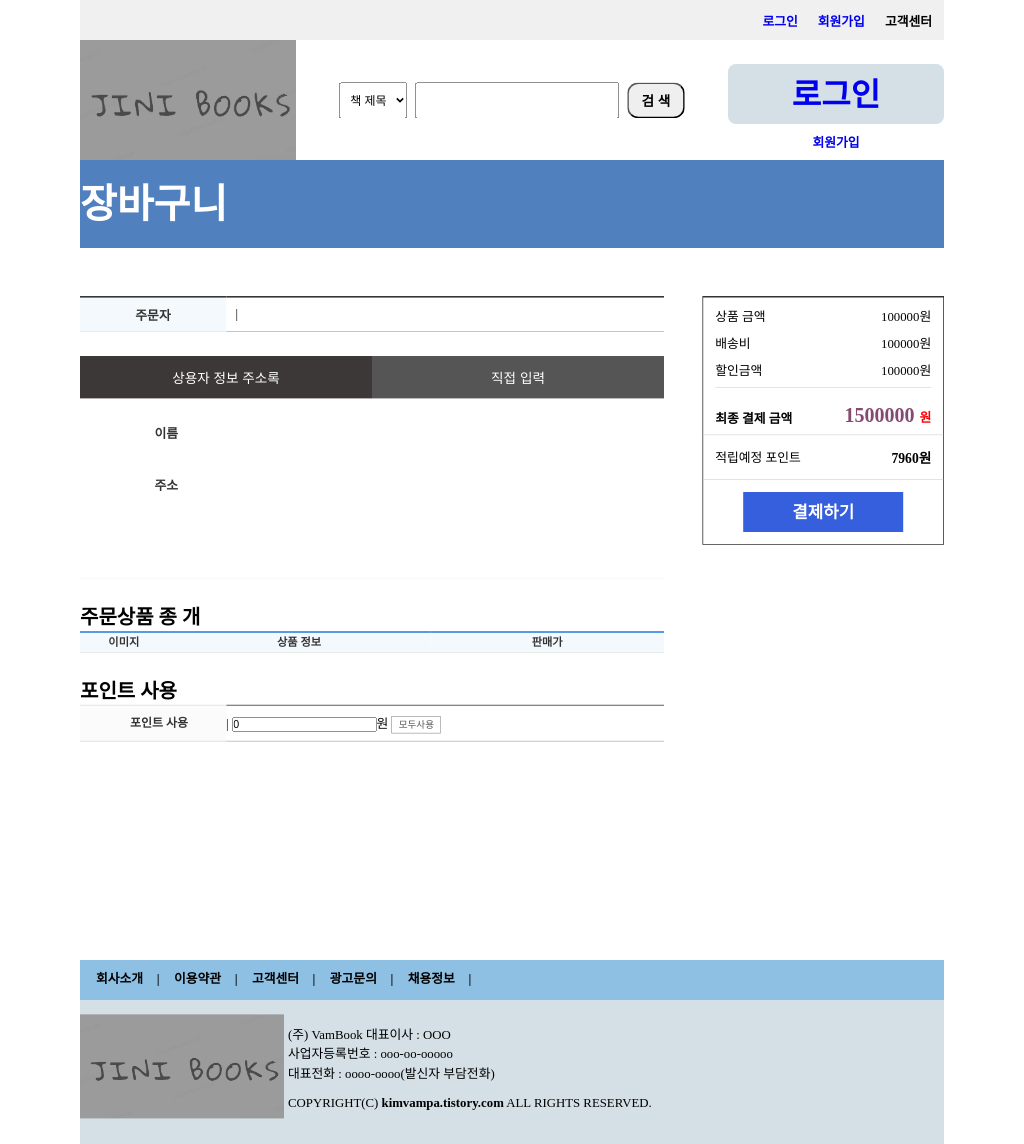
Repository: leechanjin7/ShoppingMall
Page: http://localhost/ShoppingMall/WEB-INF/views/order.jsp
The author's editor kept a copy of each file at every save. The page is drawn from the files as they stood at one save, then again after the next save.
The browser window is 1280 px wide. The pictures show the whole page, at 80% of full size.
The page is served by Tomcat 9. Nobody is signed in. Other server files are loaded and not shown. The template is opened directly, without the code that normally fills it, so the values that code supplies are empty.

Above is the page before, as saved 2023-09-12 09:07:39.

### workspace/ShoppingMall/src/main/webapp/WEB-INF/views/order.jsp
<%@ page language="java" contentType="text/html; charset=UTF-8"
	pageEncoding="UTF-8"%>
<%@ taglib uri="http://java.sun.com/jsp/jstl/core" prefix="c"%>
<%@ taglib prefix="fmt" uri="http://java.sun.com/jsp/jstl/fmt"%>
<!DOCTYPE html>
<html>
<head>
<meta charset="UTF-8">
<title>Welcome BookMall</title>
<link rel="stylesheet" href="/resources/css/order.css">
<script src="https://code.jquery.com/jquery-3.4.1.js"
	integrity="sha256-WpOohJOqMqqyKL9FccASB9O0KwACQJpFTUBLTYOVvVU="
	crossorigin="anonymous"></script>
<!-- 다음주소 -->
<script src="https://t1.daumcdn.net/mapjsapi/bundle/postcode/prod/postcode.v2.js"></script>
</head>
<body>

	<div class="wrapper">
		<div class="wrap">
			<div class="top_gnb_area">
				<ul class="list">
					<c:if test="${member == null}">
						<!-- 로그인 x -->
						<li><a href="/member/login">로그인</a></li>
						<li><a href="/member/join">회원가입</a></li>
					</c:if>
					<c:if test="${member != null }">
						<!-- 로그인 o -->
						<c:if test="${member.adminCk == 1 }">
							<!-- 관리자 계정 -->
							<li><a href="/admin/main">관리자 페이지</a></li>
						</c:if>
						<li><a id="gnb_logout_button">로그아웃</a></li>
						<li>마이룸</li>
						<li><a href="/cart/${member.memberId}">장바구니</a></li>
					</c:if>
					<li>고객센터</li>
				</ul>
			</div>
			<div class="top_area">
				<!-- 로고영역 -->
				<div class="logo_area">
					<a href="/main"><img src="/resources/img/mLogo.png"></a>
				</div>
				<div class="search_area">
					<div class="search_wrap">
						<form id="searchForm" action="/search" method="get">
							<div class="search_input">
								<select name="type">
									<option value="T">책 제목</option>
									<option value="A">작가</option>
								</select> <input type="text" name="keyword"
									value="<c:out value="${pageMaker.cri.keyword}"/>">
								<button class='btn search_btn'>검 색</button>
							</div>
						</form>
					</div>
				</div>
				<div class="login_area">

					<!-- 로그인 하지 않은 상태 -->
					<c:if test="${member == null }">
						<div class="login_button">
							<a href="/member/login">로그인</a>
						</div>
						<span><a href="/member/join">회원가입</a></span>
					</c:if>

					<!-- 로그인한 상태 -->
					<c:if test="${ member != null }">
						<div class="login_success_area">
							<span>회원 : ${member.memberName}</span> <span>충전금액 : <fmt:formatNumber
									value="${member.money }" pattern="\#,###.##" /></span> <span>포인트
								: <fmt:formatNumber value="${member.point }" pattern="#,###" />
							</span> <a href="/member/logout.do">로그아웃</a>
						</div>
					</c:if>

				</div>
				<div class="clearfix"></div>
			</div>
			<div class="content_area">


				<div class="content_subject"><span>장바구니</span></div>

				<div class="content_main">
					<!-- 회원 정보 -->
					<div class="member_info_div">
						<table class="table_text_align_center memberInfo_table">
							<tbody>
								<tr>
									<th style="width: 25%;">주문자</th>
									<td style="width: *">${memberInfo.memberName} | ${memberInfo.memberMail}</td>
								</tr>
							</tbody>
						</table>
					</div>
					<!-- 배송지 정보 -->
					<div class="addressInfo_div">
						<div class="addressInfo_button_div">
							<button class="address_btn address_btn_1" onclick="showAdress('1')" style="background-color: #3c3838;">상용자 정보 주소록</button>
							<button class="address_btn address_btn_2" onclick="showAdress('2')">직접 입력</button>
						</div>
						<div class="addressInfo_input_div_wrap">
							<div class="addressInfo_input_div addressInfo_input_div_1" style="display: block">
								<table>
									<colgroup>
										<col width="25%">
										<col width="*">
									</colgroup>
									<tbody>
										<tr>
											<th>이름</th>
											<td>
												${memberInfo.memberName}
											</td>
										</tr>
										<tr>
											<th>주소</th>
											<td>
												${memberInfo.memberAddr1} ${memberInfo.memberAddr2}<br>${memberInfo.memberAddr3}
											</td>
										</tr>
									</tbody>
								</table>
							</div>
							<div class="addressInfo_input_div addressInfo_input_div_2">
								<table>
									<colgroup>
										<col width="25%">
										<col width="*">
									</colgroup>
									<tbody>
										<tr>
											<th>이름</th>
											<td>
												<input class="addressee_input">
											</td>
										</tr>
										<tr>
											<th>주소</th>
											<td>

												<input class="address1_input" readonly="readonly"> <a class="address_search_btn" onclick="execution_daum_address()">주소 찾기</a><br>
												<input class="address2_input" readonly="readonly"><br>
												<input class="address3_input" readonly="readonly">
											</td>
										</tr>
									</tbody>
								</table>
							</div>
						</div>
					</div>
					<!-- 상품 정보 -->
					<div class="orderGoods_div">
						<!-- 상품 종류 -->
						<div class="goods_kind_div">
							주문상품 <span class="goods_kind_div_kind"></span>종 <span class="goods_kind_div_count"></span>개
						</div>
						<!-- 상품 테이블 -->
						<table class="goods_subject_table">
							<colgroup>
								<col width="15%">
								<col width="45%">
								<col width="40%">
							</colgroup>
							<tbody>
								<tr>
									<th>이미지</th>
									<th>상품 정보</th>
									<th>판매가</th>
								</tr>
							</tbody>
						</table>
						<table class="goods_table">
							<colgroup>
								<col width="15%">
								<col width="45%">
								<col width="40%">
							</colgroup>
							<tbody>
								<c:forEach items="${orderList}" var="ol">
									<tr>
										<td>
											<!-- 이미지 <td>-->
										</td>
										<td>${ol.bookName}</td>
										<td class="goods_table_price_td">
											<fmt:formatNumber value="${ol.salePrice}" pattern="#,### 원" /> | 수량 ${ol.bookCount}개
											<br><fmt:formatNumber value="${ol.totalPrice}" pattern="#,### 원" />
											<br>[<fmt:formatNumber value="${ol.totalPoint}" pattern="#,### 원" />P]
											<input type="hidden" class="individual_bookPrice_input" value="${ol.bookPrice}">
											<input type="hidden" class="individual_salePrice_input" value="${ol.salePrice}">
											<input type="hidden" class="individual_bookCount_input" value="${ol.bookCount}">
											<input type="hidden" class="individual_totalPrice_input" value="${ol.salePrice * ol.bookCount}">
											<input type="hidden" class="individual_point_input" value="${ol.point}">
											<input type="hidden" class="individual_totalPoint_input" value="${ol.totalPoint}">
											<input type="hidden" class="individual_bookId_input" value="${ol.bookId}">
										</td>
									</tr>
								</c:forEach>

							</tbody>
						</table>
					</div>
					<!-- 포인트 정보 -->
					<div class="point_div">
						<div class="point_div_subject">포인트 사용</div>
						<table class="point_table">
							<colgroup>
								<col width="25%">
								<col width="*">
							</colgroup>
							<tbody>
								<tr>
									<th>포인트 사용</th>
									<td>
										${memberInfo.point} | <input class="order_point_input" value="0">원
										<a class="order_point_input_btn order_point_input_btn_N" data-state="N">모두사용</a>
										<a class="order_point_input_btn order_point_input_btn_Y" data-state="Y" style="display: none;">사용취소</a>

									</td>
								</tr>
							</tbody>
						</table>
					</div>
					<!-- 주문 종합 정보 -->
					<div class="total_info_div">
						<!-- 가격 종합 정보 -->
						<div class="total_info_price_div">
							<ul>
								<li>
									<span class="price_span_label">상품 금액</span>
									<span class="totalPrice_span">100000</span>원
								</li>
								<li>
									<span class="price_span_label">배송비</span>
									<span class="delivery_price_span">100000</span>원
								</li>
																						<li>
									<span class="price_span_label">할인금액</span>
									<span class="usePoint_span">100000</span>원
								</li>
								<li class="price_total_li">
									<strong class="price_span_label total_price_label">최종 결제 금액</strong>
									<strong class="strong_red">
										<span class="total_price_red finalTotalPrice_span">
											1500000
										</span>원
									</strong>
								</li>
								<li class="point_li">
									<span class="price_span_label">적립예정 포인트</span>
									<span class="totalPoint_span">7960원</span>
								</li>
							</ul>
						</div>
		<!-- 버튼 영역 -->
		<div class="total_info_btn_div">
			<a class="order_btn">결제하기</a>
		</div>
	</div>
				</div>

			</div>

			<!-- Footer 영역 -->
			<div class="footer_nav">
				<div class="footer_nav_container">
					<ul>
						<li>회사소개</li>
						<span class="line">|</span>
						<li>이용약관</li>
						<span class="line">|</span>
						<li>고객센터</li>
						<span class="line">|</span>
						<li>광고문의</li>
						<span class="line">|</span>
						<li>채용정보</li>
						<span class="line">|</span>
					</ul>
				</div>
			</div>
			<!-- class="footer_nav" -->

			<div class="footer">
				<div class="footer_container">

					<div class="footer_left">
						<img src="/resources/img/Logo.png">
					</div>
					<div class="footer_right">
						(주) VamBook 대표이사 : OOO <br> 사업자등록번호 : ooo-oo-ooooo <br>
						대표전화 : oooo-oooo(발신자 부담전화) <br> <br> COPYRIGHT(C) <strong>kimvampa.tistory.com</strong>
						ALL RIGHTS RESERVED.
					</div>
					<div class="clearfix"></div>
				</div>
			</div>
			<!-- class="footer" -->

		</div>
		<!-- class="wrap" -->
	</div>
	<!-- class="wrapper" -->

	<script>

	/* 주소입력란 버튼 동작(숨김, 등장) */
	function showAdress(className){
		/* 컨텐츠 동작 */
			/* 모두 숨기기 */
			$(".addressInfo_input_div").css('display', 'none');
			/* 컨텐츠 보이기 */
			$(".addressInfo_input_div_" + className).css('display', 'block');

		/* 버튼 색상 변경 */
			/* 모든 색상 동일 */
				$(".address_btn").css('backgroundColor', '#555');
			/* 지정 색상 변경 */
				$(".address_btn_"+className).css('backgroundColor', '#3c3838');
	}

	/* 다음 주소 연동 */
	function execution_daum_address(){
	 		console.log("동작");
		   new daum.Postcode({
		        oncomplete: function(data) {
		            // 팝업에서 검색결과 항목을 클릭했을때 실행할 코드를 작성하는 부분입니다.

		        	// 각 주소의 노출 규칙에 따라 주소를 조합한다.
	                // 내려오는 변수가 값이 없는 경우엔 공백('')값을 가지므로, 이를 참고하여 분기 한다.
	                var addr = ''; // 주소 변수
	                var extraAddr = ''; // 참고항목 변수

	                //사용자가 선택한 주소 타입에 따라 해당 주소 값을 가져온다.
	                if (data.userSelectedType === 'R') { // 사용자가 도로명 주소를 선택했을 경우
	                    addr = data.roadAddress;
	                } else { // 사용자가 지번 주소를 선택했을 경우(J)
	                    addr = data.jibunAddress;
	                }

	                // 사용자가 선택한 주소가 도로명 타입일때 참고항목을 조합한다.
	                if(data.userSelectedType === 'R'){
	                    // 법정동명이 있을 경우 추가한다. (법정리는 제외)
	                    // 법정동의 경우 마지막 문자가 "동/로/가"로 끝난다.
	                    if(data.bname !== '' && /[동|로|가]$/g.test(data.bname)){
	                        extraAddr += data.bname;
	                    }
	                    // 건물명이 있고, 공동주택일 경우 추가한다.
	                    if(data.buildingName !== '' && data.apartment === 'Y'){
	                        extraAddr += (extraAddr !== '' ? ', ' + data.buildingName : data.buildingName);
	                    }
	                    // 표시할 참고항목이 있을 경우, 괄호까지 추가한 최종 문자열을 만든다.
	                    if(extraAddr !== ''){
	                        extraAddr = ' (' + extraAddr + ')';
	                    }
	                 	// 추가해야할 코드
	                    // 주소변수 문자열과 참고항목 문자열 합치기
	                      addr += extraAddr;

	                } else {
	                	addr += ' ';
	                }

	             	// 제거해야할 코드
	                // 우편번호와 주소 정보를 해당 필드에 넣는다.
	                $(".address1_input").val(data.zonecode);
	                $(".address2_input").val(addr);
	                // 커서를 상세주소 필드로 이동한다.
	                $(".address3_input").attr("readonly", false);
	                $(".address3_input").focus();


		        }
		    }).open();

	}
	/* 포인트 입력 */
	//0 이상 & 최대 포인트 수 이하
	$(".order_point_input").on("propertychange change keyup paste input", function(){

		const maxPoint = parseInt('${memberInfo.point}');

		let inputValue = parseInt($(this).val());

		if(inputValue < 0){
			$(this).val(0);
		} else if(inputValue > maxPoint){
			$(this).val(maxPoint);
		}
	});

	/* 포인트 모두사용 취소 버튼
	 * Y: 모두사용 상태 / N : 모두 취소 상태
	 */
	$(".order_point_input_btn").on("click", function(){

		const maxPoint = parseInt('${memberInfo.point}');

		let state = $(this).data("state");

		if(state == 'N'){
			console.log("n동작");
			/* 모두사용 */
			//값 변경
			$(".order_point_input").val(maxPoint);
			//글 변경
			$(".order_point_input_btn_Y").css("display", "inline-block");
			$(".order_point_input_btn_N").css("display", "none");
		} else if(state == 'Y'){
			console.log("y동작");
			/* 취소 */
			//값 변경
			$(".order_point_input").val(0);
			//글 변경
			$(".order_point_input_btn_Y").css("display", "none");
			$(".order_point_input_btn_N").css("display", "inline-block");
		}
	});

	/* 총 주문 정보 세팅(배송비, 총 가격, 마일리지, 물품 수, 종류) */
	function setTotalInfo(){

		let totalPrice = 0;				// 총 가격
		let totalCount = 0;				// 총 갯수
		let totalKind = 0;				// 총 종류
		let totalPoint = 0;				// 총 마일리지
		let deliveryPrice = 0;			// 배송비
		let usePoint = 0;				// 사용 포인트(할인가격)
		let finalTotalPrice = 0; 		// 최종 가격(총 가격 + 배송비)

		$(".goods_table_price_td").each(function(index, element){
			// 총 가격
			totalPrice += parseInt($(element).find(".individual_totalPrice_input").val());
			// 총 갯수
			totalCount += parseInt($(element).find(".individual_bookCount_input").val());
			// 총 종류
			totalKind += 1;
			// 총 마일리지
			totalPoint += parseInt($(element).find(".individual_totalPoint_input").val());
		});

		/* 배송비 결정 */
		if(totalPrice >= 30000){
			deliveryPrice = 0;
		} else if(totalPrice == 0){
			deliveryPrice = 0;
		} else {
			deliveryPrice = 3000;
		}

		finalTotalPrice = totalPrice + deliveryPrice;

		/* 사용 포인트 */
		usePoint = $(".order_point_input").val();

		finalTotalPrice = totalPrice - usePoint;

		/* 값 삽입 */
		// 총 가격
		$(".totalPrice_span").text(totalPrice.toLocaleString());
		// 총 갯수
		$(".goods_kind_div_count").text(totalCount);
		// 총 종류
		$(".goods_kind_div_kind").text(totalKind);
		// 총 마일리지
		$(".totalPoint_span").text(totalPoint.toLocaleString());
		// 배송비
		$(".delivery_price_span").text(deliveryPrice.toLocaleString());
		// 최종 가격(총 가격 + 배송비)
		$(".finalTotalPrice_span").text(finalTotalPrice.toLocaleString());
		// 할인가(사용 포인트)
		$(".usePoint_span").text(usePoint.toLocaleString());



	}


	</script>

</body>
</html>

Loaded but not shown: workspace/ShoppingMall/src/main/webapp/resources/css/order.css (798 lines, source omitted)

After the next save:
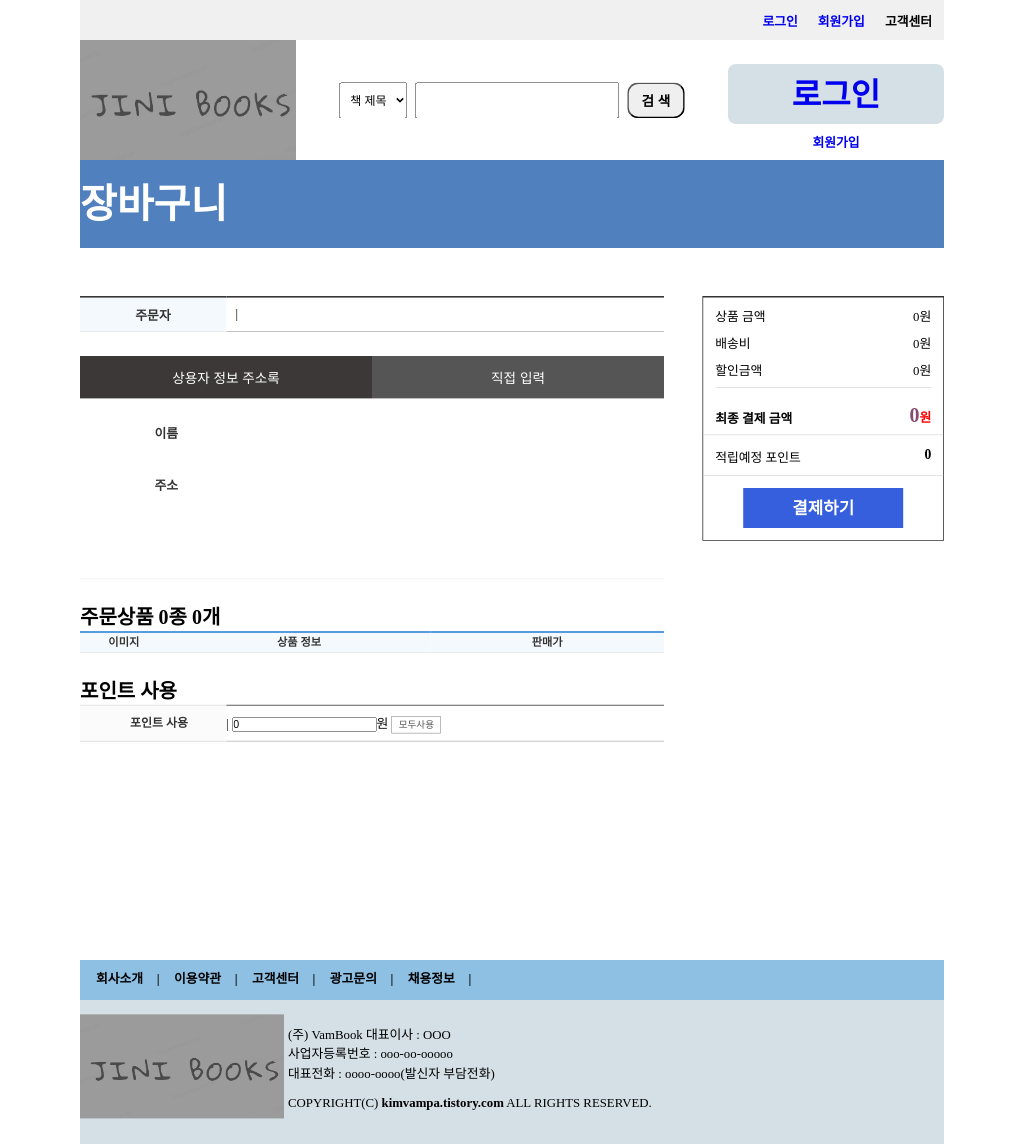
Saved 19 s later.
--- a/workspace/ShoppingMall/src/main/webapp/WEB-INF/views/order.jsp
+++ b/workspace/ShoppingMall/src/main/webapp/WEB-INF/views/order.jsp
@@ -308,6 +308,13 @@
 
 	<script>
 
+	$(document).ready(function(){
+
+		/* 주문 조합정보란 최신화 */
+		setTotalInfo();
+
+	});
+
 	/* 주소입력란 버튼 동작(숨김, 등장) */
 	function showAdress(className){
 		/* 컨텐츠 동작 */
